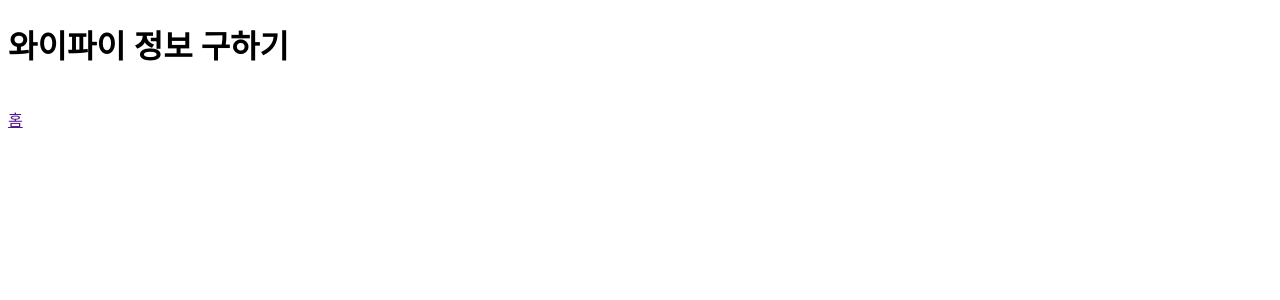
Repository: WooHyun94/Mission1_WIFI
Page: http://localhost/Mission1-WIFI/
These files come from the project's save history. The page is drawn as it stood at one moment and after the next save; the edit follows.
The browser window is 1280 px wide. The pictures show the whole page.
The page is served by Tomcat 9.

Above is the page before, as saved 2023-09-26 15:55:00.

After the next save:
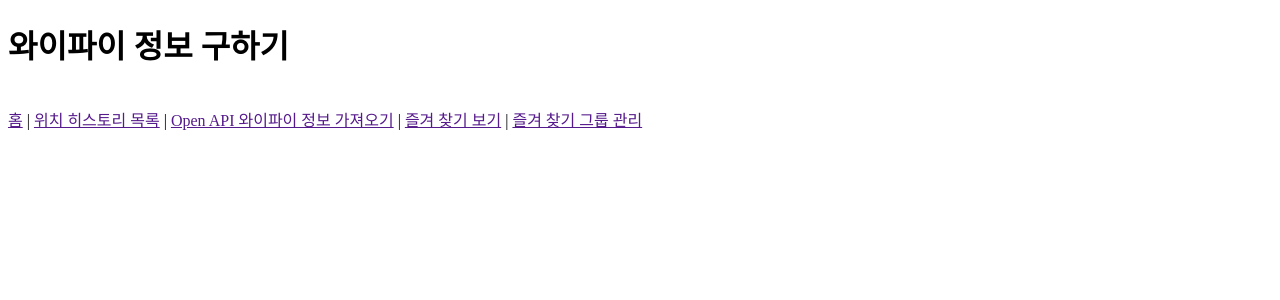
Saved 74 s later.
--- a/Mission1-WIFI/src/main/webapp/index.jsp
+++ b/Mission1-WIFI/src/main/webapp/index.jsp
@@ -10,5 +10,13 @@
 	<h1>와이파이 정보 구하기</h1>
 	<br>
 	<a href=''>홈</a>
+	|
+	<a href=''>위치 히스토리 목록</a>
+	|
+	<a href=''>Open API 와이파이 정보 가져오기</a>
+	|
+	<a href=''>즐겨 찾기 보기</a>
+	|
+	<a href=''>즐겨 찾기 그룹 관리</a>
 </body>
 </html>
